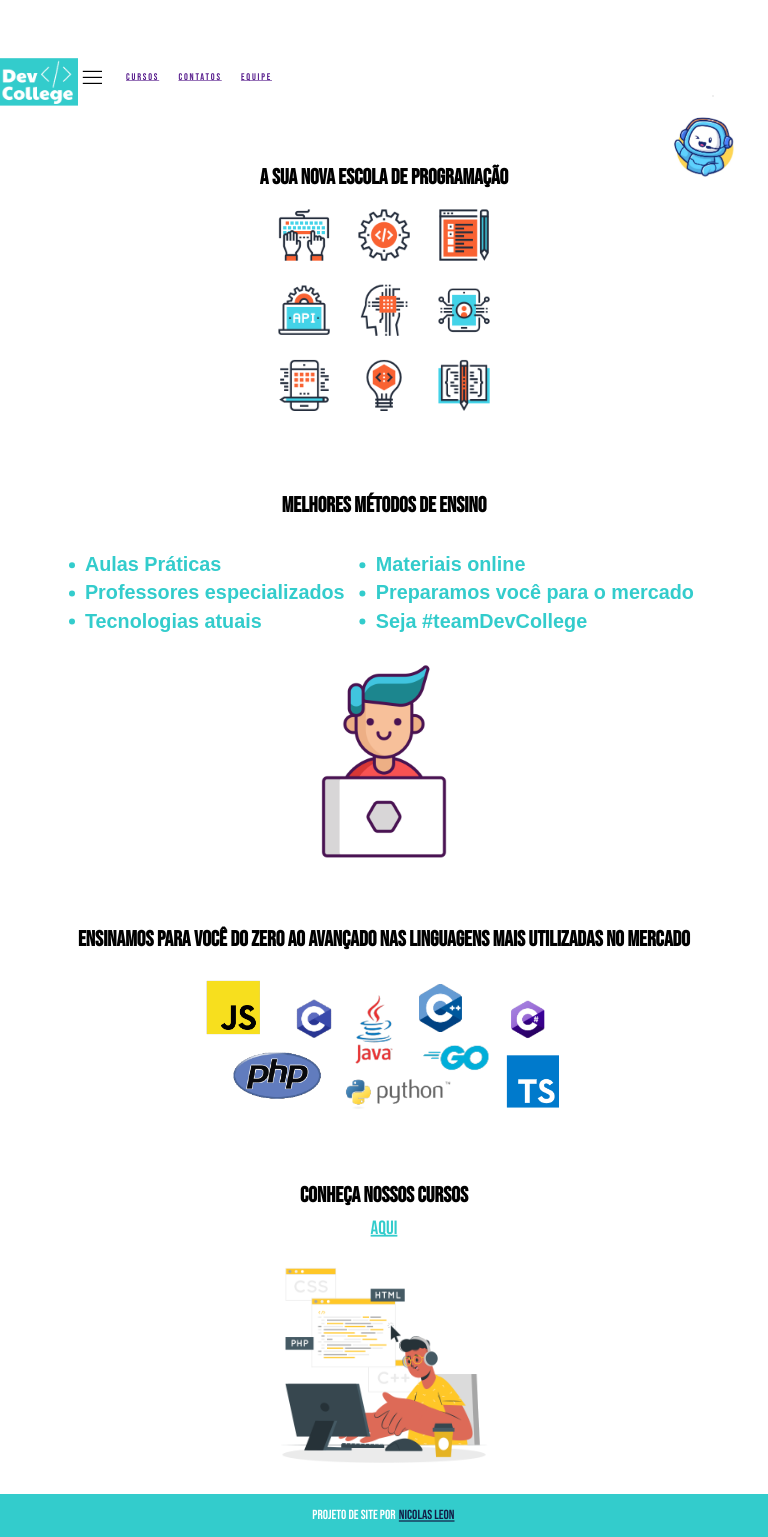
Repository: Leonngc/DEV-COLLEGE
Page: home.html
An editor plug-in stored every save of this project. The page is shown before and after a run of saves, followed by the edit.
The browser window is 1280 px wide. The pictures show the whole page, at 60% of full size.
Some web fonts or font styles are not loaded; a fallback is used.

Above is the page before, as saved 2023-02-28 22:53:16.

After the next 2 saves:
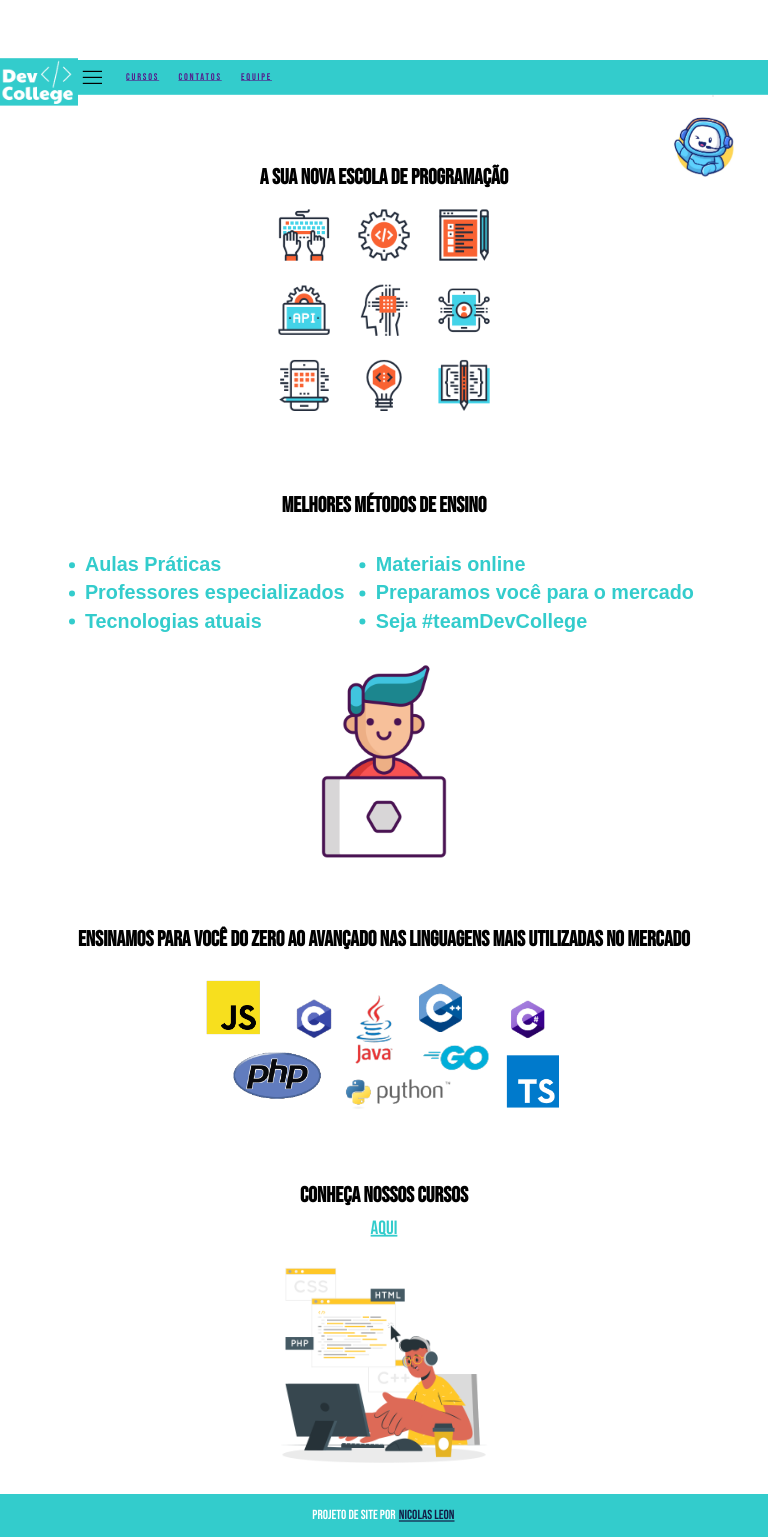
The 2 saves are shown as one change because they came seconds apart.
The last was saved 13 s later.
--- a/menu/menu.css
+++ b/menu/menu.css
@@ -54,7 +54,7 @@
  align-items: center;
  margin-top: 100px;
  font-family: Bebas Neue, cursive;
- background-color: #fff;
+ background-color: var(--cyan);
  height: 8vh;
 }
 
